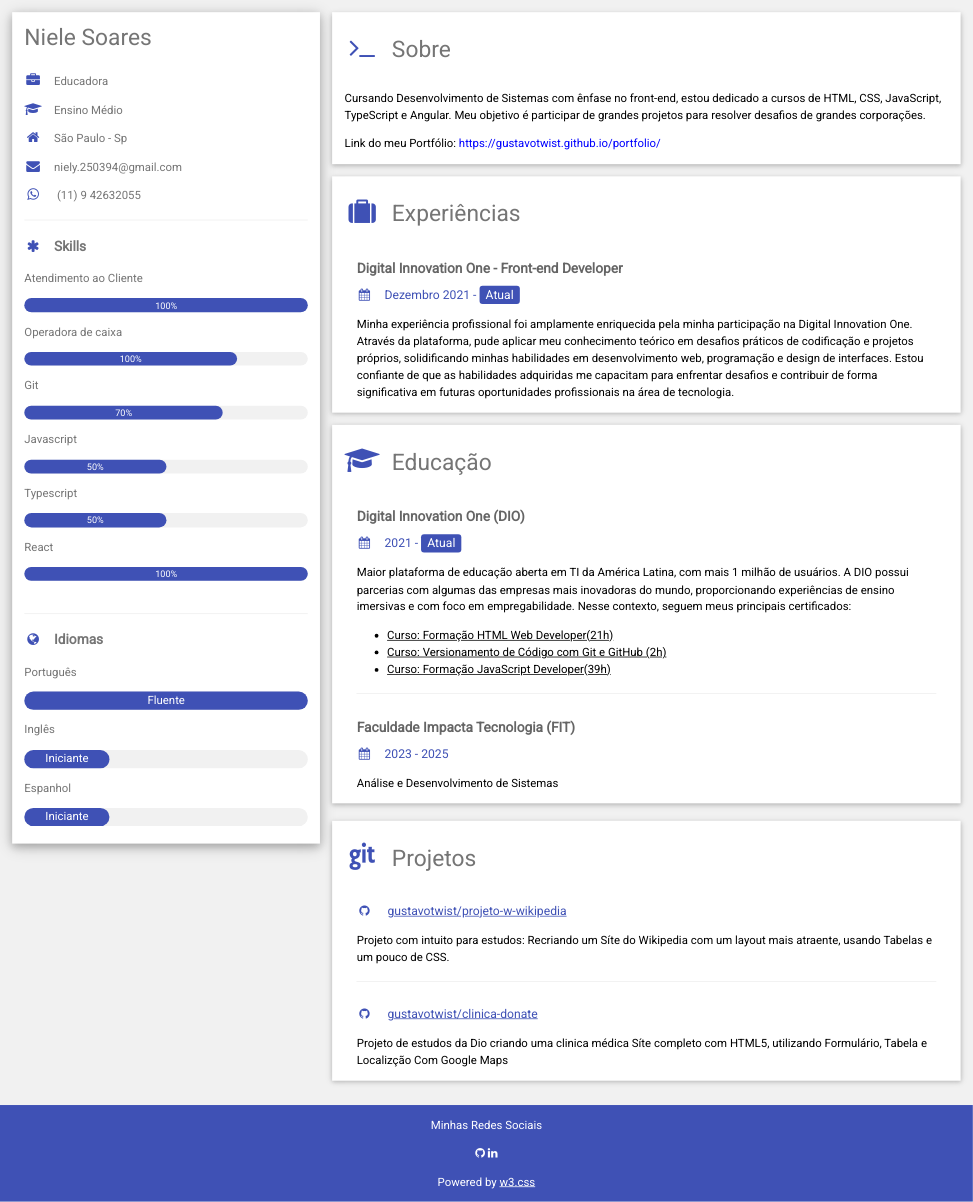
Repository: gustavotwist/cv2
Page: index.html
These files come from the project's save history. The page is drawn as it stood at one moment and after the next save; the edit follows.
The browser window is 1280 px wide. The pictures show the whole page, at 76% of full size.

Above is the page before, as saved 2024-08-23 17:17:47.

After the next save:
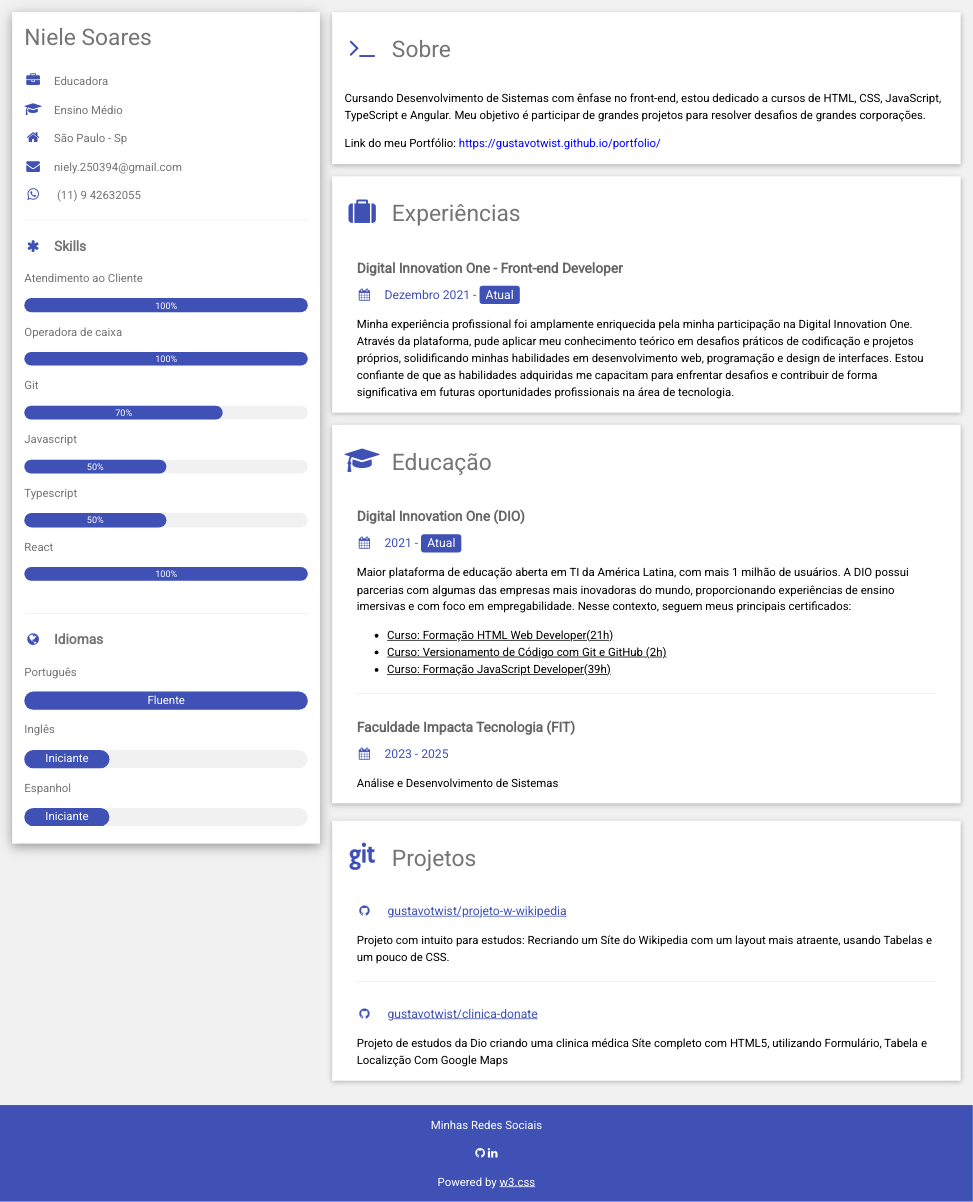
Saved 4 s later.
--- a/index.html
+++ b/index.html
@@ -52,7 +52,7 @@
               </div>
               <p>Operadora de caixa</p>
               <div class="w3-light-grey w3-round-xlarge w3-small">
-                <div class="w3-container w3-center w3-round-xlarge w3-indigo" style="width:75%">100%</div>
+                <div class="w3-container w3-center w3-round-xlarge w3-indigo" style="width:100%">100%</div>
               </div>
               <p>Git</p>
               <div class="w3-light-grey w3-round-xlarge w3-small">
